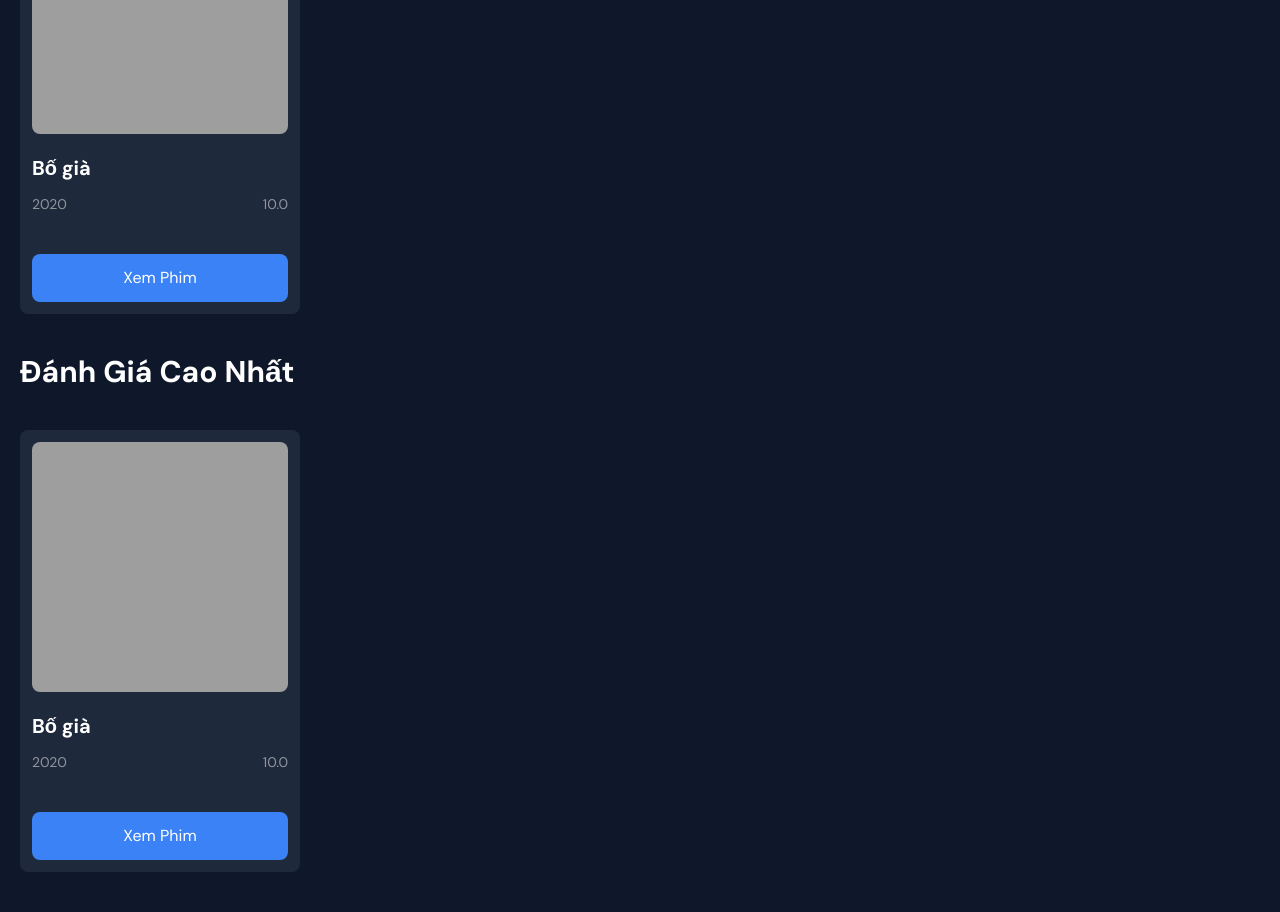
Repository: Nqvinh7603/FILM-FLOW
Page: /
These files come from the project's save history. The page is drawn as it stood at one moment and after the next save; the edit follows.
The browser window is 1280 px wide. The pictures show the part of the page from y = 768 to 1720 px (the page is 1680 px tall before and 1720 px after).
Pictures or frames that could not be fetched are drawn as grey boxes. The project was rebuilt for these pictures with package versions that can differ from the ones it lists, and the page was loaded fresh each time. Also part of the build but not shown: vite.config.js.

Above is the page before, as saved 2024-01-05 12:33:09.

After the next save:
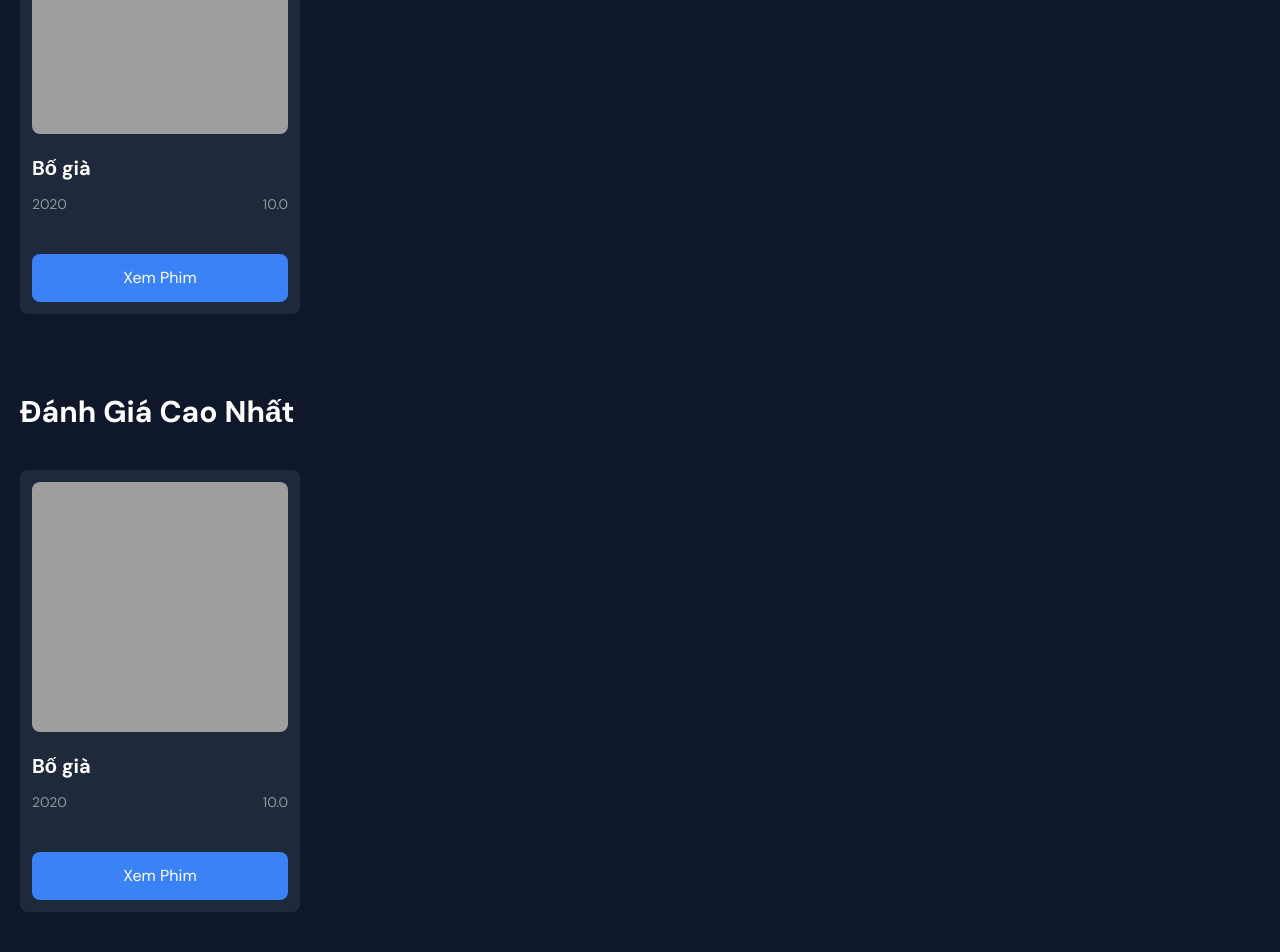
Saved 2 min 21 s later.
--- a/src/App.jsx
+++ b/src/App.jsx
@@ -35,7 +35,7 @@ function App() {
           </div>
         </div>
       </section>
-      <section className="movies-layout page-container pb-10">
+      <section className="movies-layout page-container pb-20">
         <h2 className="capitalize text-white mb-10 text-3xl font-bold ">
           Xem ngay
         </h2>
